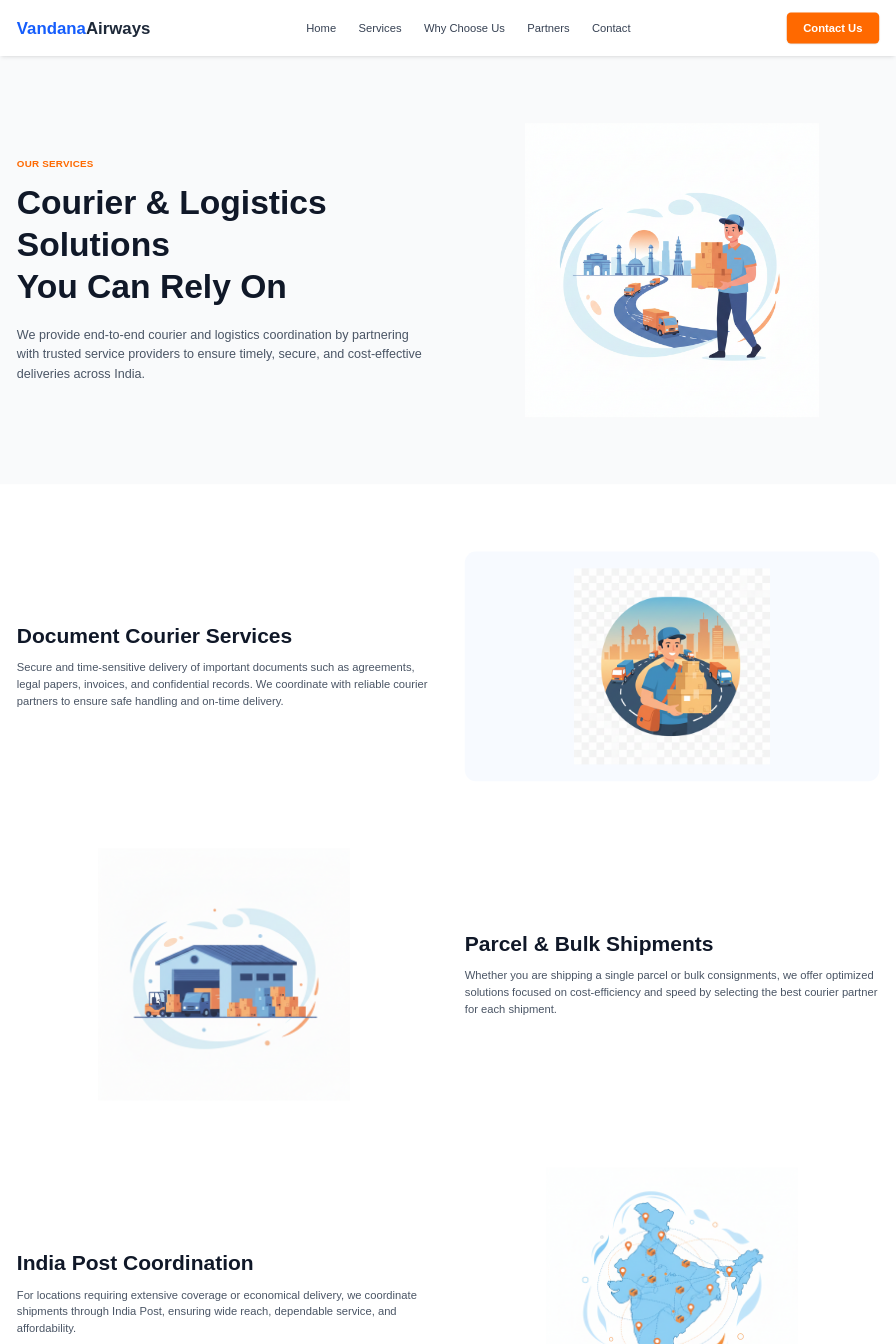
Repository: Rohit-foryou/Courier-Portfolio
Page: /services
These files come from the project's save history. The page is drawn as it stood at one moment and after the next save; the edit follows.
The browser window is 1280 px wide. The pictures show the part of the page from y = 0 to 1920 px (the page is 5054 px tall), at 70% of full size.
The project was rebuilt for these pictures with package versions that can differ from the ones it lists, and the page was loaded fresh each time. The framework's server and built-in components were replaced by stand-ins that run in the browser. Also part of the build but not shown: next.config.ts.

Above is the page before, as saved 2026-02-09 23:35:55.

After the next save:
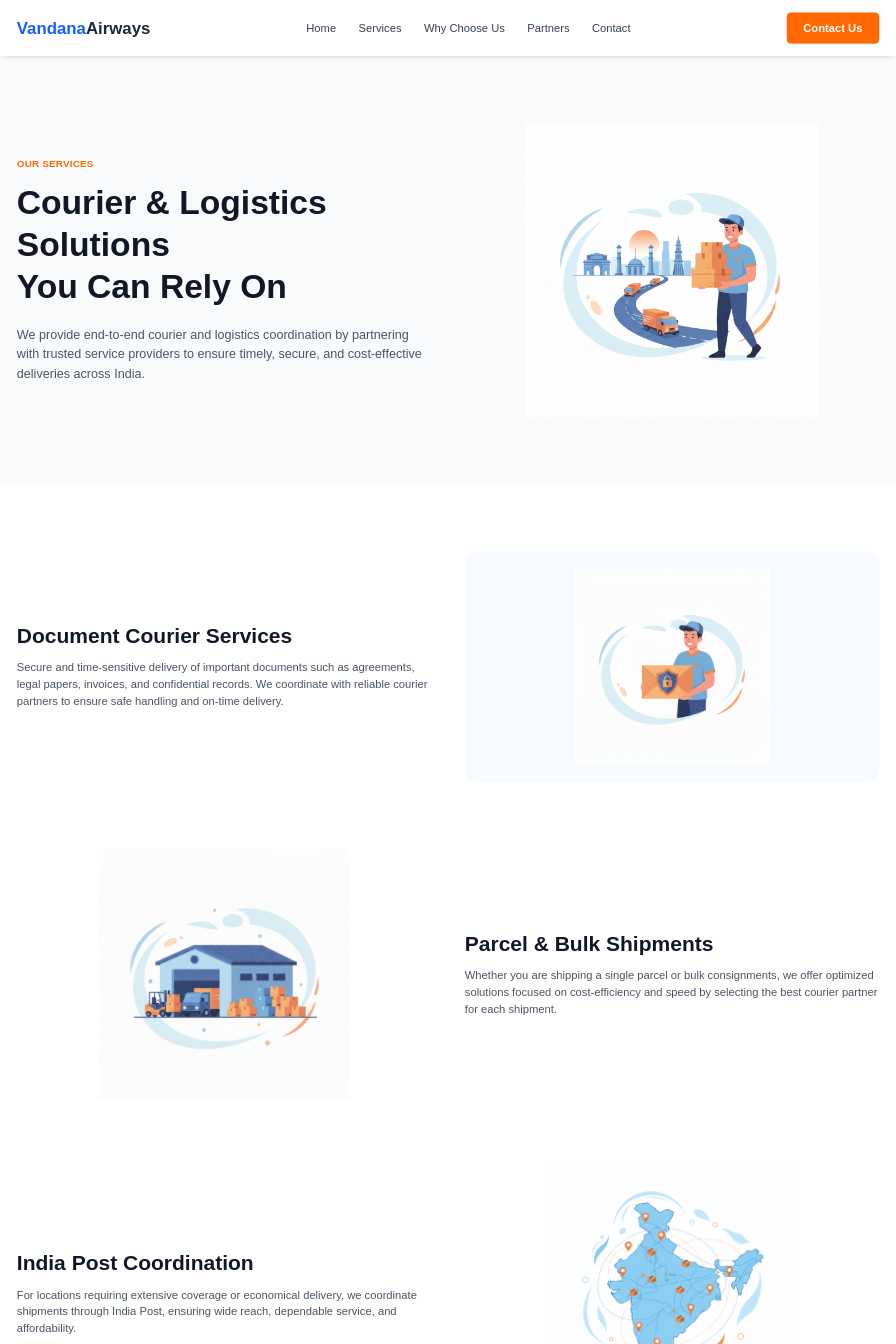
Saved 24 s later.
--- a/app/services/page.tsx
+++ b/app/services/page.tsx
@@ -56,7 +56,7 @@
             </div>
             <div className="bg-blue-50/50 rounded-2xl p-6 flex justify-center">
   <Image
-    src="/images/Img1.png"
+    src="/images/Document.png"
     alt="Document delivery"
     width={280}
     height={200}
